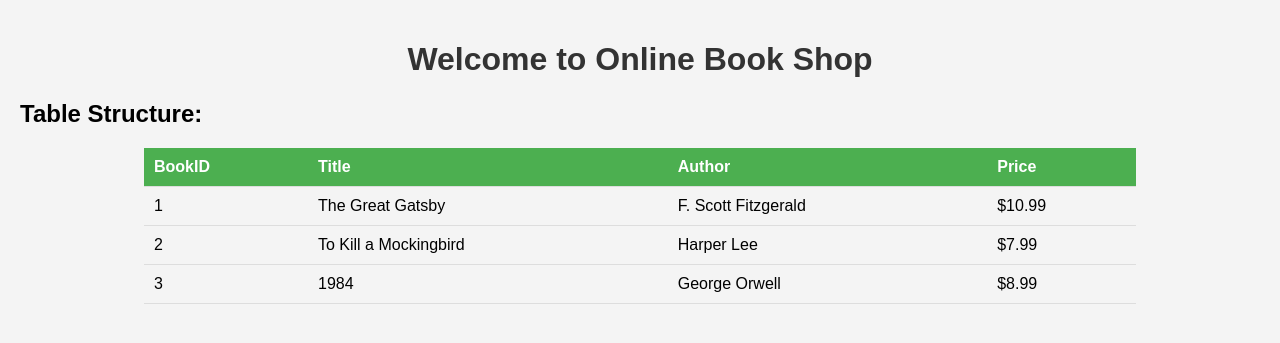
Repository: paridhi3/Java-Training
Page: shop/src/main/resources/static/index.html
These files come from the project's save history. The page is drawn as it stood at one moment and after the next save; the edit follows.
The browser window is 1280 px wide. The pictures show the whole page.

Above is the page before, as saved 2025-02-26 11:21:02.

After the next save:
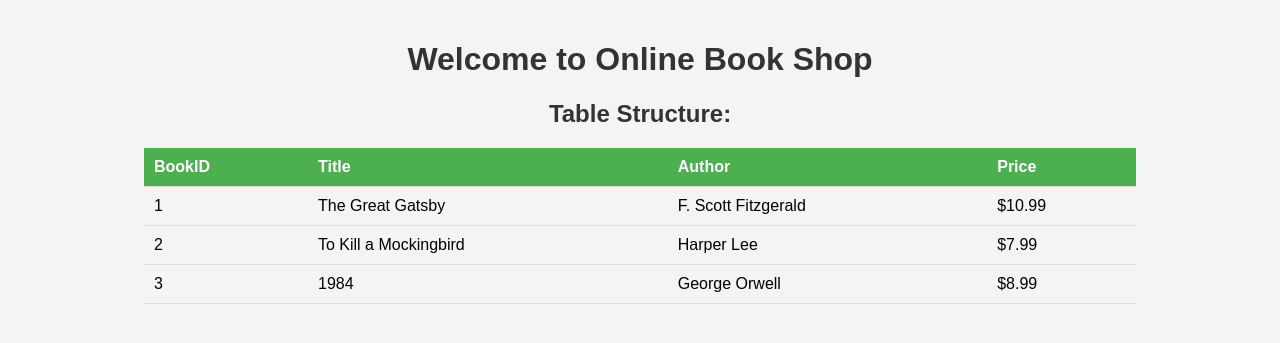
Saved 94 s later.
--- a/shop/src/main/resources/static/styles.css
+++ b/shop/src/main/resources/static/styles.css
@@ -1,4 +1,41 @@
 @charset "ISO-8859-1";
+
+.message {
+    font-size: 1.2em;
+    margin-top: 20px;
+}
+
+button {
+    display: block;
+    margin: 20px auto;
+    padding: 10px 20px;
+    font-size: 1em;
+    color: #fff;
+    background-color: #4CAF50;
+    border: none;
+    border-radius: 5px;
+    cursor: pointer;
+    transition: background-color 0.3s ease;
+}
+
+button:disabled {
+    background-color: #ccc;
+    cursor: not-allowed;
+}
+
+button:hover:not(:disabled) {
+    background-color: #45a049;
+}
+
+
+
+
+
+
+
+
+
+
 
 body {
             font-family: Arial, sans-serif;
@@ -8,6 +45,11 @@ body {
         }
 
         h1 {
+            text-align: center;
+            color: #333;
+        }
+
+        h2 {
             text-align: center;
             color: #333;
         }
@@ -32,3 +74,72 @@ body {
         tr:hover {
             background-color: #f1f1f1;
         }
+
+
+/* Form Container */
+.form-container {
+    background-color: #fff;
+    padding: 20px;
+    border-radius: 10px;
+    box-shadow: 0 0 10px rgba(0, 0, 0, 0.1);
+    border: 10px solid blue;
+    width: 300px;
+    margin-top: 40px;
+}
+
+/* Form Styles */
+.registration-form h2 {
+    margin-top: 0;
+    text-align: center;
+    color: #333;
+}
+
+.registration-form p {
+    text-align: center;
+    color: #666;
+}
+
+.registration-form label {
+    display: block;
+    margin: 10px 0 5px;
+    color: #333;
+}
+
+.registration-form input {
+    width: 100%;
+    padding: 10px;
+    margin-bottom: 10px;
+    border: 1px solid #ccc;
+    border-radius: 5px;
+    box-sizing: border-box;
+}
+
+.registration-form button {
+    width: 100%;
+    padding: 10px;
+    background-color: #007bff;
+    color: #fff;
+    border: none;
+    border-radius: 5px;
+    cursor: pointer;
+    transition: background-color 0.3s;
+}
+
+.registration-form button:hover {
+    background-color: #0056b3;
+}
+
+.links {
+    display: flex;
+    justify-content: space-between;
+    margin-top: 10px;
+}
+
+.links a {
+    color: #007bff;
+    text-decoration: none;
+}
+
+.links a:hover {
+    text-decoration: underline;
+}
